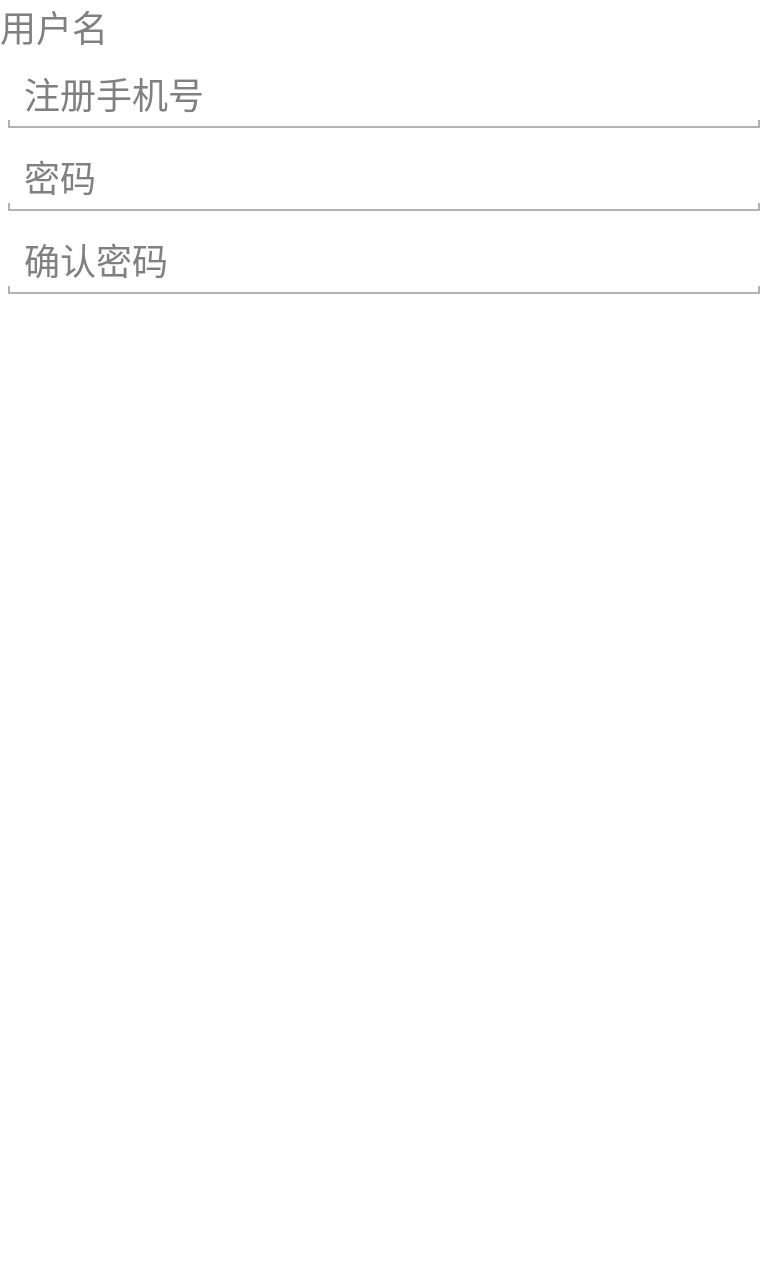
Repository: fatio/Nower
Layout: Android_Client_Source/EnjoyIt/res/layout/update_password_dialog.xml
The author's editor kept a copy of each file at every save. The layout is drawn from the files as they stood at one save, then again after the next save.
It is drawn on a 768 x 1280 px phone screen (xhdpi) without system bars, with theme AppTheme; the app's code is not run.

Above is the layout before, as saved 2015-12-28 11:49:30.

After the next save:
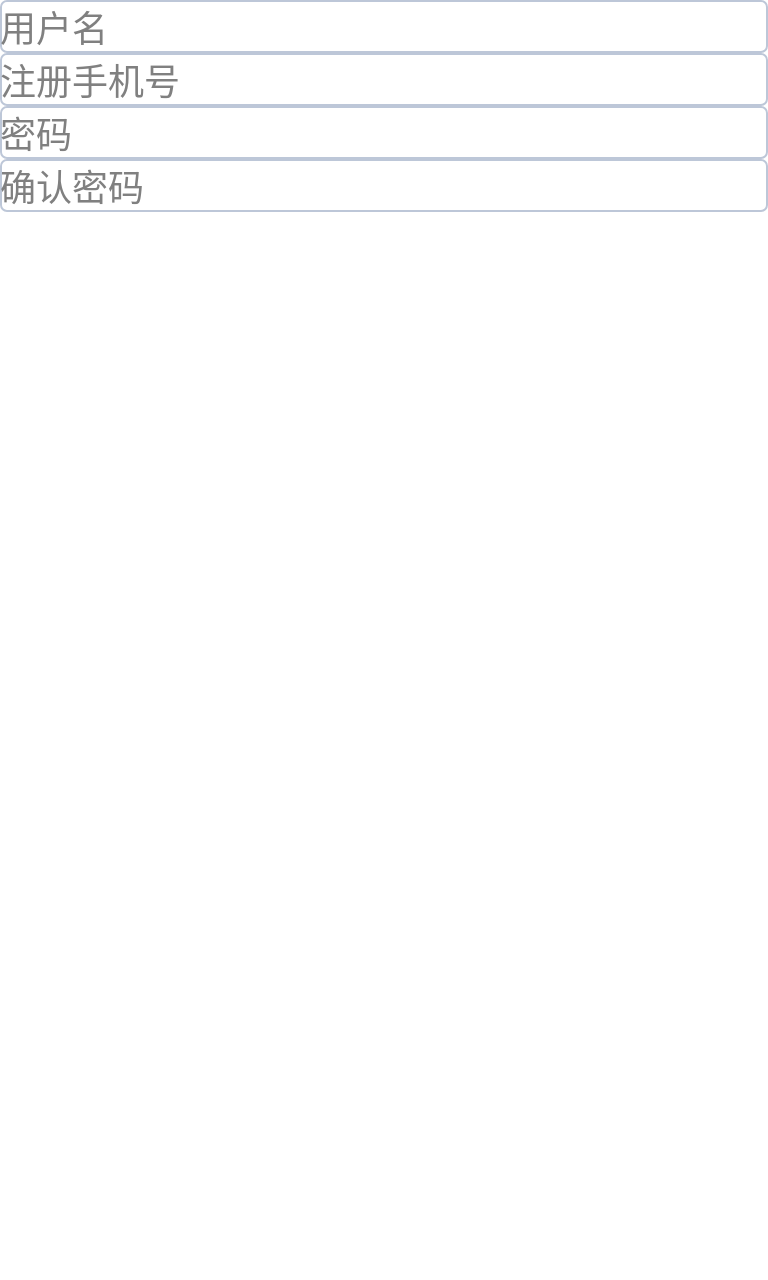
Saved 20 s later.
--- a/Android_Client_Source/EnjoyIt/res/layout/update_password_dialog.xml
+++ b/Android_Client_Source/EnjoyIt/res/layout/update_password_dialog.xml
@@ -9,7 +9,7 @@
         android:id="@+id/et_username"
         android:layout_width="match_parent"
         android:layout_height="wrap_content"
-        android:background="@null"
+        android:background="@drawable/bg_edittext"
         android:hint="用户名" />
 
     <EditText
@@ -17,17 +17,20 @@
         android:layout_width="match_parent"
         android:layout_height="wrap_content"
         android:inputType="phone"
+        android:background="@drawable/bg_edittext"
         android:hint="注册手机号"/>
 
     <EditText
         android:id="@+id/et_password"
         android:layout_width="match_parent"
         android:layout_height="wrap_content"
+        android:background="@drawable/bg_edittext"
         android:hint="密码"/>
 
     <EditText
         android:id="@+id/et_repasword"
         android:layout_width="match_parent"
+        android:background="@drawable/bg_edittext"
         android:layout_height="wrap_content"
         android:hint="确认密码"/>
 </LinearLayout>
